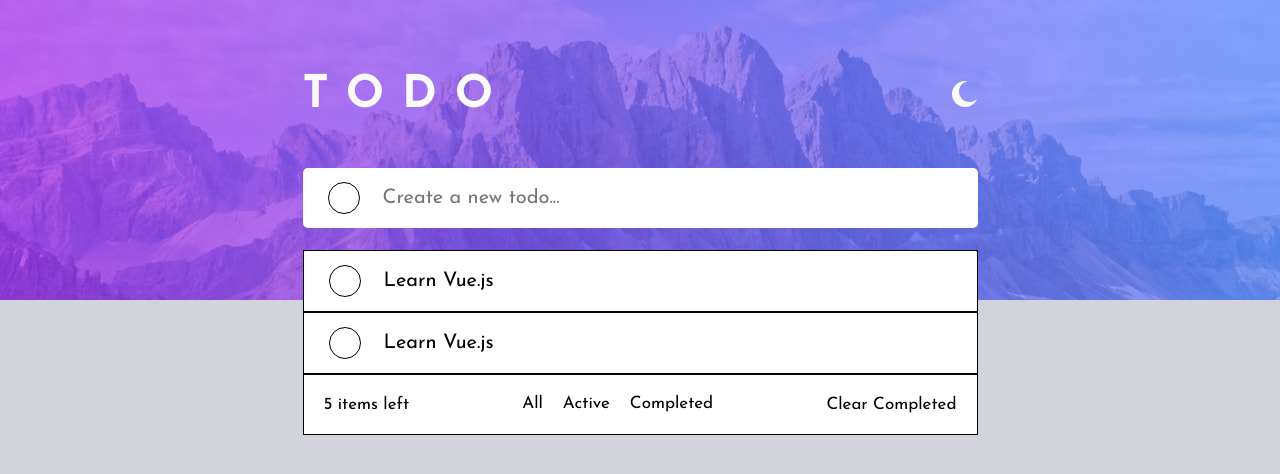
Repository: tomas938/todo-app
Page: /
An editor plug-in stored every save of this project. The page is shown before and after the next save, followed by the edit.
The browser window is 1280 px wide. The pictures show the whole page.
The project was rebuilt for these pictures with package versions that can differ from the ones it lists, and the page was loaded fresh each time.

Above is the page before, as saved 2021-08-18 11:55:21.

### src/main.js
import { createApp } from "vue";
import App from "./App.vue";
import router from "./router";

createApp(App)
	.use(router)
	.mount("#app");

### src/App.vue
<template>
	<router-view />
</template>

<style lang="scss">
@import "/src/scss/_variables";
:root {
	--items-bg-color: hsl(0, 0%, 100%);
	--body-bg: hsl(233, 11%, 84%);
}
* {
	margin: 0;
	padding: 0;
	box-sizing: border-box;
}
html {
	font-size: 62.5%;
}
body {
	font-size: 1.8rem;
	font-family: $font-primary;
}
.light {
	background-color: var(--body-bg);
}

li {
	list-style: none;
}
</style>

### src/router/index.js
import { createRouter, createWebHashHistory } from "vue-router";
import Home from "../views/Home.vue";

const routes = [
	{
		path: "/",
		name: "Home",
		component: Home,
	},
];

const router = createRouter({
	history: createWebHashHistory(),
	routes,
});

export default router;

### src/scss/_variables.scss
// LINK COLLORS-PRIMARY //

$primary: hsl(220, 98%, 61%);
$primary-bg: linear-gradient hsl(192, 100%, 67%) to hsl(280, 87%, 65%);

// LINK LIGHT THEME //

$light-gray: hsl(0, 0%, 98%);
$very-light-grayish-blue: hsl(236, 33%, 92%);
$light-grayish-blue: hsl(233, 11%, 84%);
$dark-grayish-blue: hsl(236, 9%, 61%);
$very-dark-grayish-blue: hsl(235, 19%, 35%);

// LINK DARK THEME //

$very-dark-blue: hsl(235, 21%, 11%);
$dark-desaturated-blue: hsl(235, 24%, 19%);
$light-grayish-blue--dark: hsl(234, 39%, 85%);
$light-grayish-blue--dark-hover: hsl(236, 33%, 92%);
$dark-grayish-blue--dark: hsl(234, 11%, 52%);
$very-dark-grayish-blue--dark: hsl(233, 14%, 35%);
$very-dark-grayish-blue--dark-2: hsl(237, 14%, 26%);

// LINK FONT //

@import url("https://fonts.googleapis.com/css2?family=Josefin+Sans:wght@400;700&display=swap");
$font-primary: "Josefin Sans", sans-serif;
$light: 400;
$bold: 700;

### src/views/Home.vue
<template>
	<Header />
	<Todos />
</template>

<script>
import Header from "../components/Header";
import Todos from "../components/Todos.vue";
export default {
	components: {
		Header,
		Todos,
	},
};
</script>
<style lang="scss"></style>

### src/components/Header.vue
<template>
	<header>
		<nav class="nav container">
			<div class="nav__title">
				<h1>todo</h1>
			</div>
			<svg
				v-if="ligth"
				@click="changeTheme"
				class="nav__theme"
				xmlns="http://www.w3.org/2000/svg"
				width="26"
				height="26"
			>
				<path
					fill="#fafafa"
					fill-rule="evenodd"
					d="M13 0c.81 0 1.603.074 2.373.216C10.593 1.199 7 5.43 7 10.5 7 16.299 11.701 21 17.5 21c2.996 0 5.7-1.255 7.613-3.268C23.22 22.572 18.51 26 13 26 5.82 26 0 20.18 0 13S5.82 0 13 0z"
				/>
			</svg>
			<svg
				v-else
				@click="changeTheme"
				xmlns="http://www.w3.org/2000/svg"
				width="26"
				height="26"
			>
				<path
					fill="#fafafa"
					fill-rule="evenodd"
					d="M13 21a1 1 0 011 1v3a1 1 0 11-2 0v-3a1 1 0 011-1zm-5.657-2.343a1 1 0 010 1.414l-2.121 2.121a1 1 0 01-1.414-1.414l2.12-2.121a1 1 0 011.415 0zm12.728 0l2.121 2.121a1 1 0 01-1.414 1.414l-2.121-2.12a1 1 0 011.414-1.415zM13 8a5 5 0 110 10 5 5 0 010-10zm12 4a1 1 0 110 2h-3a1 1 0 110-2h3zM4 12a1 1 0 110 2H1a1 1 0 110-2h3zm18.192-8.192a1 1 0 010 1.414l-2.12 2.121a1 1 0 01-1.415-1.414l2.121-2.121a1 1 0 011.414 0zm-16.97 0l2.121 2.12A1 1 0 015.93 7.344L3.808 5.222a1 1 0 011.414-1.414zM13 0a1 1 0 011 1v3a1 1 0 11-2 0V1a1 1 0 011-1z"
				/>
			</svg>
		</nav>
		<div class="new-todo">
			<input type="text" placeholder="Create a new todo..." />
		</div>
	</header>
</template>

<script>
export default {
	data() {
		return {
			ligth: true,
			body: document.body,
		};
	},
	methods: {
		changeTheme() {
			this.ligth = !this.ligth;
			if (!this.ligth) {
				this.body.classList.remove("light");
				this.body.classList.add("dark");
			} else {
				this.body.classList.remove("dark");
				this.body.classList.add("light");
			}
		},
	},
	mounted() {
		this.body.classList.add("light");
	},
};
</script>

<style lang="scss" scoped>
@import "/src/scss/_variables";

header {
	height: 30rem;
	display: flex;
	flex-direction: column;
	align-items: center;
	justify-content: center;
	gap: 5rem;
	padding: 3rem;
	background-image: url(../assets/bg-desktop-light.jpg);
	background-repeat: no-repeat;
	background-size: cover;
}
.nav {
	max-width: 67.5rem;
	width: 100%;
	display: flex;
	justify-content: space-between;
	align-items: baseline;
	&__title h1 {
		font-size: 4.5rem;
		letter-spacing: 1.8rem;
		text-transform: uppercase;
	}

	svg {
		cursor: pointer;
	}
}
.new-todo {
	max-width: 67.5rem;
	width: 100%;
	position: relative;
	&::before {
		content: "";
		position: absolute;
		top: 50%;
		transform: translateY(-50%);
		left: 2.5rem;
		width: 3rem;
		height: 3rem;
		border-radius: 50%;
		border: 1px solid black;
	}
}
input {
	width: 100%;
	outline: none;
	border: none;
	padding: 2rem;
	padding-left: 8rem;
	border-radius: 0.5rem;
	font-size: 2rem;
	font-family: $font-primary;
	font-weight: $light;
}
h1 {
	color: $light-gray;
}
</style>

### src/components/Todos.vue
<template>
	<main>
		<ul class="todos">
			<li class="todo-item">
				<span>Learn Vue.js</span>
			</li>
			<li class="todo-item">
				<span>Learn Vue.js</span>
			</li>
			<div class="filters">
				<div class="items-left">
					<span>5 items left</span>
				</div>
				<div class="filter">
					<span>All</span>
					<span>Active</span>
					<span>Completed</span>
				</div>
				<div class="clear">
					<span>Clear Completed</span>
				</div>
			</div>
		</ul>
	</main>
</template>

<script>
export default {};
</script>

<style lang="scss" scoped>
@import "/src/scss/_variables";

main {
	display: flex;
	justify-content: center;
	transform: translateY(-5rem);
}
.todos {
	max-width: 67.5rem;
	width: 100%;
	border-radius: 0.5rem;
	background-color: var(--items-bg-color);
}
.todo-item {
	position: relative;
	width: 100%;
	padding: 2rem;
	padding-left: 8rem;
	font-size: 2rem;
	font-family: $font-primary;
	font-weight: $light;
	border: 1px solid black;

	// FIXME maybe group styling //
	&::before {
		cursor: pointer;
		content: "";
		position: absolute;
		top: 50%;
		transform: translateY(-50%);
		left: 2.5rem;
		width: 3rem;
		height: 3rem;
		border-radius: 50%;
		border: 1px solid black;
	}
	&::after {
		opacity: 0;
		cursor: pointer;
		content: "";
		position: absolute;
		right: 2.5rem;
		width: 2.6rem;
		height: 2.6rem;
		background-image: url(../assets/icon-cross.svg);
		background-repeat: no-repeat;
	}
	&:hover:after {
		transition: opacity 0.5s ease-in-out;
		opacity: 1;
	}
}
.filters {
	display: flex;
	justify-content: space-between;
	border: 1px solid black;
	padding: 2rem;
	.filter {
		display: flex;
		gap: 2rem;
		span {
			&:first-child {
			}
		}
	}
	.items-left {
		span {
			cursor: auto;
		}
	}
	span {
		cursor: pointer;
		font-size: 1.7rem;
	}
}
</style>

Loaded but not shown: public/index.html (common file)

After the next save:
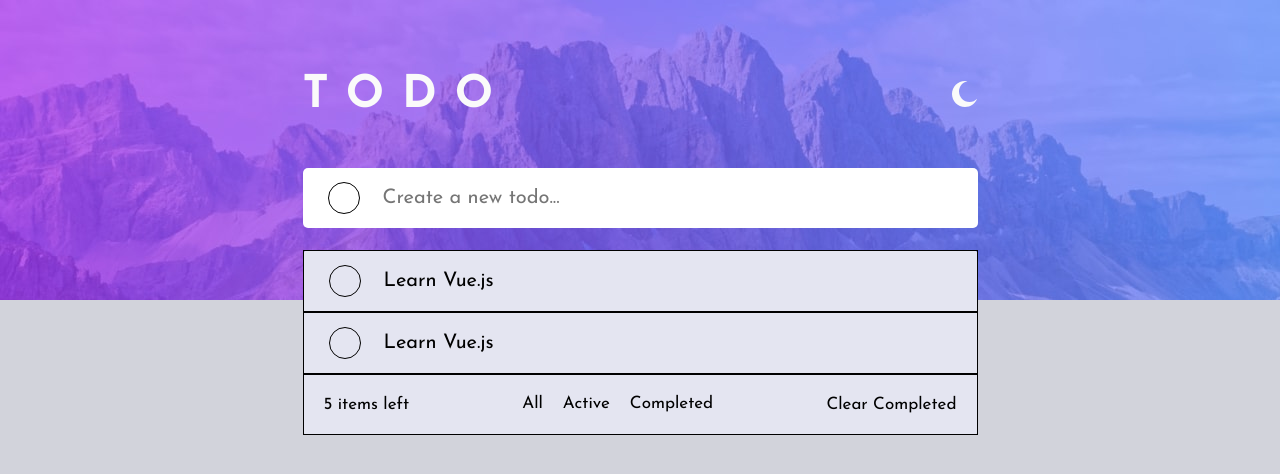
Saved 20 s later.
--- a/src/App.vue
+++ b/src/App.vue
@@ -5,7 +5,7 @@
 <style lang="scss">
 @import "/src/scss/_variables";
 :root {
-	--items-bg-color: hsl(0, 0%, 100%);
+	--items-bg-color: hsl(236, 33%, 92%);
 	--body-bg: hsl(233, 11%, 84%);
 }
 * {
